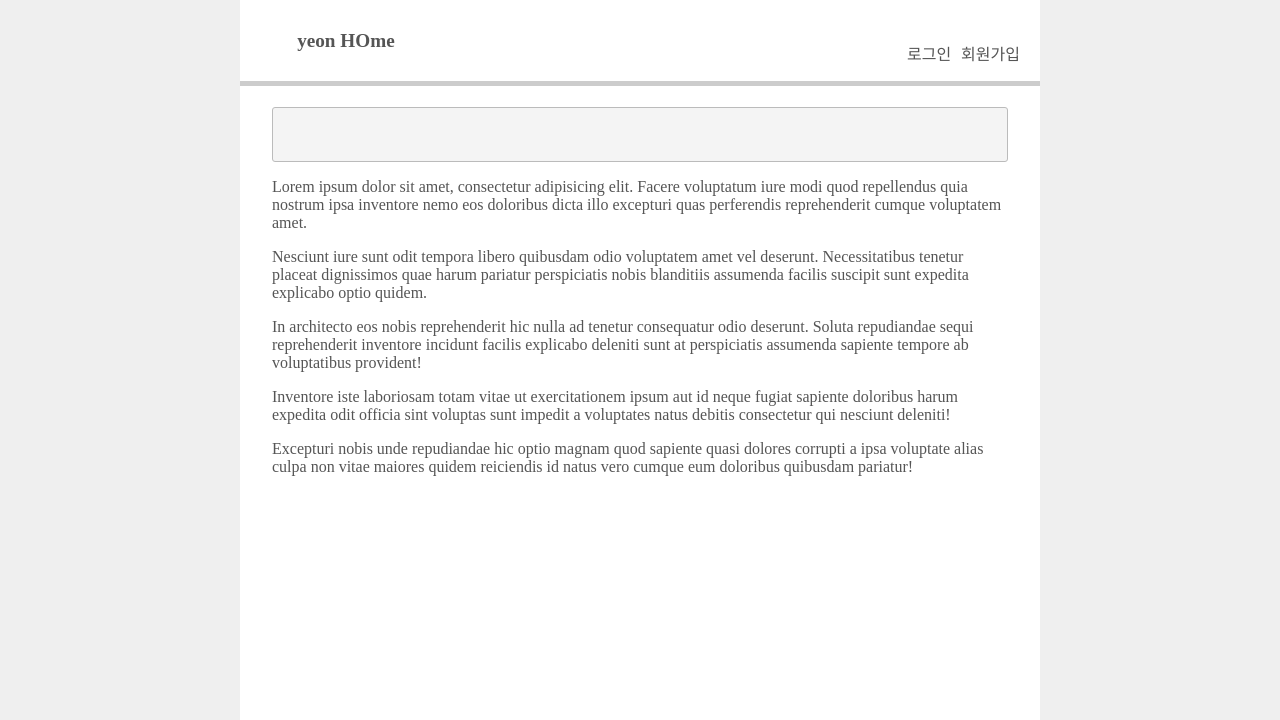
Repository: yeonhwa323/webPro
Page: webPro/src/main/webapp/jquery/days09/ex03_09.html
These files come from the project's save history. The page is drawn as it stood at one moment and after the next save; the edit follows.
The browser window is 1280 px wide. The pictures show the whole page.
Some web fonts or font styles are not loaded; a fallback is used.

Above is the page before, as saved 2024-04-17 02:52:42.

After the next save:
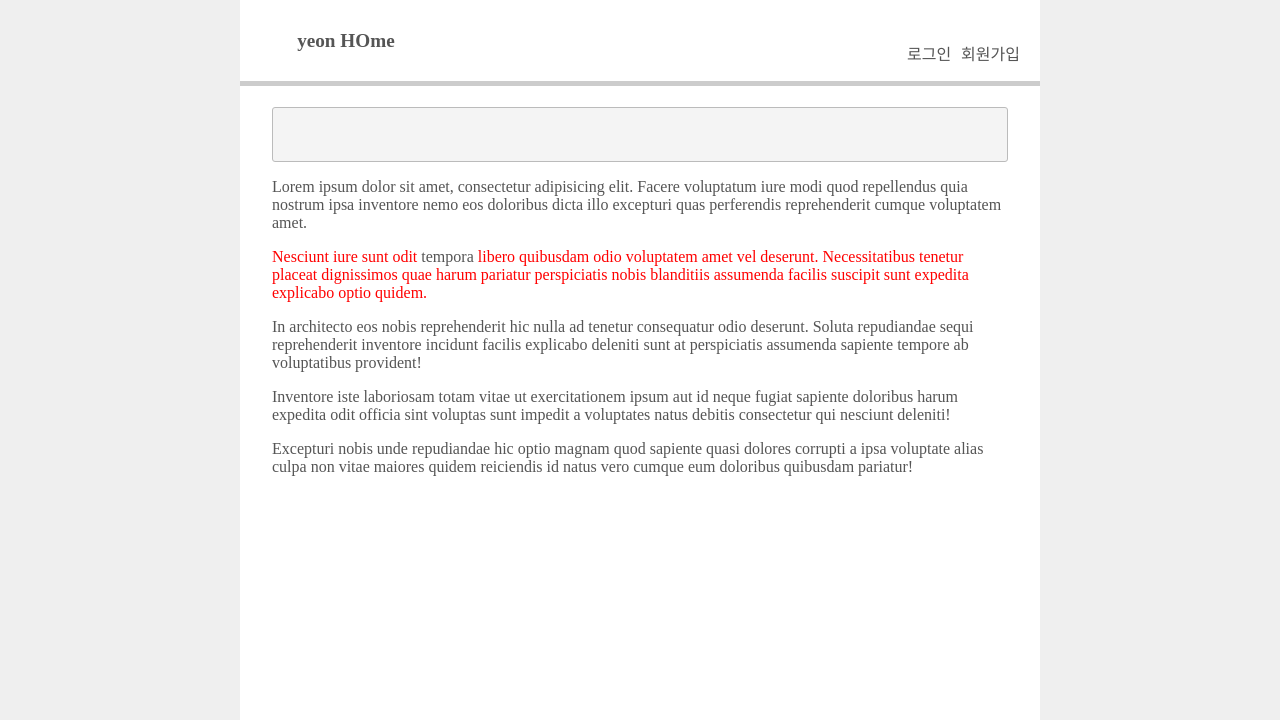
Saved 18 s later.
--- a/webPro/src/main/webapp/jquery/days09/ex03_09.html
+++ b/webPro/src/main/webapp/jquery/days09/ex03_09.html
@@ -38,12 +38,12 @@
    //$("p").css("color", "red");
 
    // span 자식요소를 가지는 모든 p 태그
-   //$("p:has(span)").css("color", "red");
+   $("p:has(span)").css("color", "red");
    //$("p").has("span").css("color", "green");
 
    //$("p:contains(eos)").css("color", "red");
 
-   $("div:not(:has(h1))").css("color", "reds");
+   //$("div:not(:has(h1))").css("color", "reds");
 
  </script>
 
